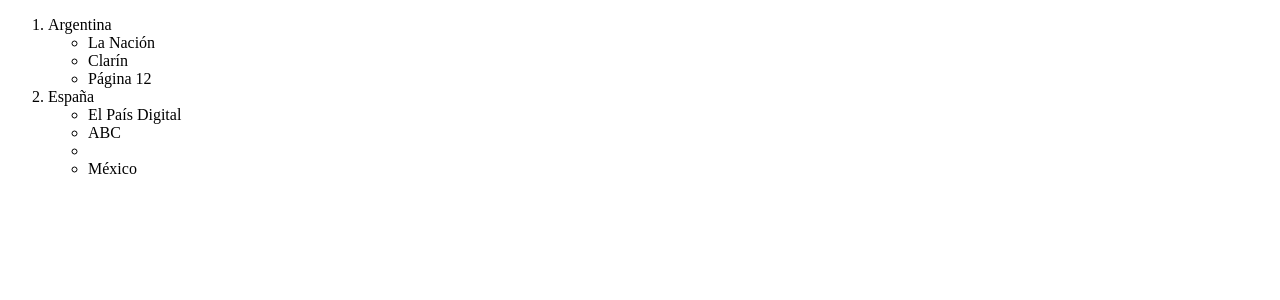
Repository: ThePerez/ArgProg
Page: Practicas ArgProg/Practica 2/Ejercicio4.html
An editor plug-in stored every save of this project. The page is shown before and after a run of saves, followed by the edit.
The browser window is 1280 px wide. The pictures show the whole page.

Above is the page before, as saved 2023-03-06 13:10:38.

### Practicas ArgProg/Practica 2/Ejercicio4.html
<!DOCTYPE html>
<html lang="en">

<head>
     <meta charset="UTF-8">
     <meta http-equiv="X-UA-Compatible" content="IE=edge">
     <meta name="viewport" content="width=device-width, initial-scale=1.0">
     <title>Ejercicio 4</title>
</head>

<body>
     <ol>
          <li>Argentina</li>
               <ul>
                    <li>La Nación</li>
                    <li>Clarín</li>
                    <li>Página 12</li>
               </ul>
          <li>España</li>
               <ul>
                    <li>El País Digital</li>
                    <li>ABC</li>
                    <li

               </ul>
          <li>México</li>
     </ol>
</body>

</html>

After the next 2 saves:
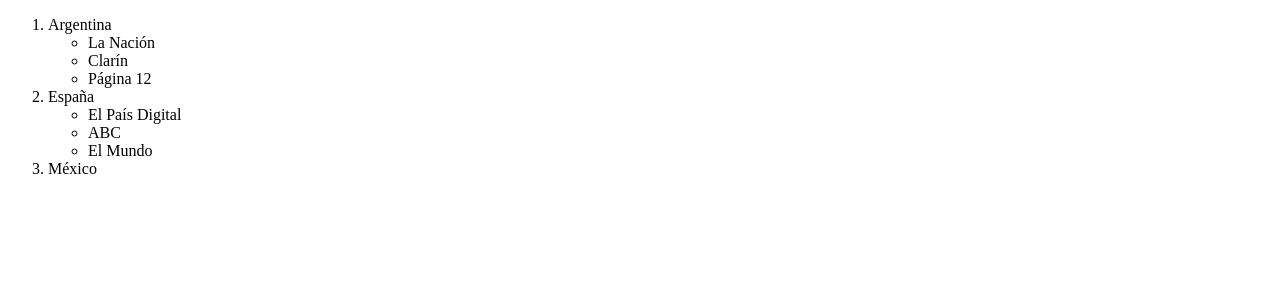
The 2 saves are shown as one change because they came seconds apart.
The last was saved 7 s later.
--- a/Practicas ArgProg/Practica 2/Ejercicio4.html
+++ b/Practicas ArgProg/Practica 2/Ejercicio4.html
@@ -20,8 +20,7 @@
                <ul>
                     <li>El País Digital</li>
                     <li>ABC</li>
-                    <li
-
+                    <li>El Mundo</li>
                </ul>
           <li>México</li>
      </ol>
